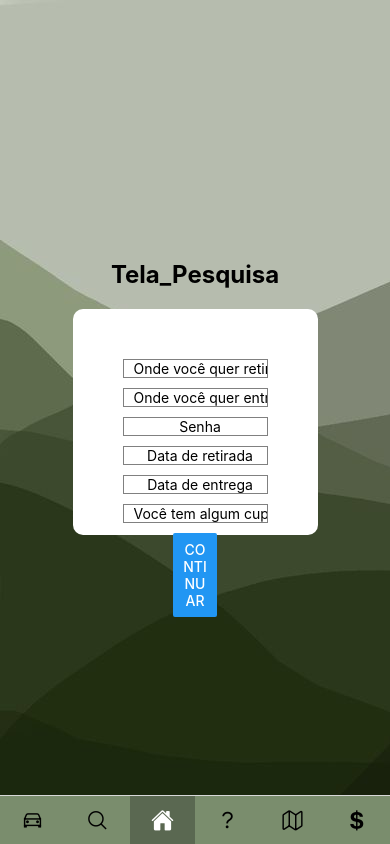
Repository: GabrielAron/EcoWheels
Page: /Home
These files come from the project's save history. The page is drawn as it stood at one moment and after the next save; the edit follows.
The browser window is 390 px wide. The pictures show the whole page.
The app was drawn by React Native's web renderer in a window 390 px wide. The project was rebuilt for these pictures with package versions that can differ from the ones it lists, and the page was loaded fresh each time. Also part of the build but not shown: src/Paginas/Carros/index.js, src/Paginas/Ajuda/index.js, src/Paginas/Mapa/index.js, src/Paginas/Pagamento/pagamento.js.

Above is the page before, as saved 2023-11-24 14:39:31.

### App.js
import React from 'react';
import Routes from './src/Paginas/routes';
import { ReservaProvider } from './src/Paginas/ReservaContext';


function App() {
  return (
    <ReservaProvider>
      <Routes />
    </ReservaProvider>
  );
}

export default App;

### src/Paginas/routes.js
import React from 'react';
import { createBottomTabNavigator } from '@react-navigation/bottom-tabs';
import { NavigationContainer } from '@react-navigation/native';
import { Ionicons } from '@expo/vector-icons';

import Home from './Home';
import Explorar from './Carros';
import Ajuda from './Ajuda';
import Reservas from './Locacoes';
import Recarga from './Mapa';
import Pagamento from './Pagamento/pagamento';

const Tab = createBottomTabNavigator();

export default function Routes() {
  return (
    <NavigationContainer>
      <Tab.Navigator
        tabBarOptions={{
          showLabel: false, // Oculta as etiquetas de texto das guias
          tabBarStyle: {
            position: 'absolute',
            backgroundColor: '#7A8D6D',
            height:700,
          },
          tabStyle: {
            elevation: 0,
          },
          inactiveBackgroundColor: '#7A8D6D',
          activeBackgroundColor: '#5A6851',
        }}
      >
        <Tab.Screen
          name="Reservas"
          component={Reservas}
          options={{
            headerShown: false,
            tabBarIcon: ({ color, size, focused }) => {
              if (focused) {
                return <Ionicons name="md-car" size={23} color="#FFF" />;
              } else {
                return <Ionicons name="md-car-outline" size={23} color="#000000" />;
              }
            },
          }}
        />
        <Tab.Screen
          name="Explorar"
          component={Explorar}
          options={{
            headerShown: false,
            tabBarIcon: ({ color, size, focused }) => {
              if (focused) {
                return <Ionicons name="md-search" size={23} color="#FFF" />;
              } else {
                return <Ionicons name="md-search-outline" size={23} color="#000000" />;
              }
            },
          }}
        />
        <Tab.Screen
          name="Home"
          component={Home}
          options={{
            headerShown: false,
            tabBarIcon: ({ color, size, focused }) => {
              if (focused) {
                return <Ionicons name="md-home" size={23} color="#FFF" />;
              } else {
                return <Ionicons name="md-home-outline" size={23} color="#000000" />;
              }
            },
          }}
        />
        <Tab.Screen
          name="Ajuda"
          component={Ajuda}
          options={{
            headerShown: false,
            tabBarIcon: ({ color, size, focused }) => {
              if (focused) {
                return <Ionicons name="md-help" size={23} color="#FFF" />;
              } else {
                return <Ionicons name="md-help-outline" size={23} color="#000000" />;
              }
            },
          }}
        />
        <Tab.Screen
          name="Recarga"
          component={Recarga}
          options={{
            headerShown: false,
            tabBarIcon: ({ color, size, focused }) => {
              if (focused) {
                return <Ionicons name="md-map" size={23} color="#FFF" />;
              } else {
                return <Ionicons name="md-map-outline" size={23} color="#000000" />;
              }
            },
          }}
        />
         <Tab.Screen
          name="Pagamento"
          component={Pagamento}
          options={{
            headerShown: false,
            tabBarIcon: ({ color, size, focused }) => {
              if (focused) {
                return <Ionicons name="logo-usd" size={23} color="#FFF" />;

              } else {
                return <Ionicons name="logo-usd" size={23} color="#000000" />;
              }
            },
          }}
        />
      </Tab.Navigator>
    </NavigationContainer>
  );
}

### src/Paginas/ReservaContext.js
import React, { createContext, useState } from 'react';

export const ReservaContext = createContext();

export const ReservaProvider = ({ children }) => {
  const [reservas, setReservas] = useState([]);

  return (
    <ReservaContext.Provider value={{ reservas, setReservas }}>
      {children}
    </ReservaContext.Provider>
  );
};

### src/Paginas/Home/index.js
import React from 'react';
import { View, Text, TextInput, Button, StyleSheet, ImageBackground } from 'react-native';
import Fundo from '/imagens/fundoverde.jpg';

export default function App() {
  return (
    <ImageBackground source={Fundo} style={styles.image}>
      <View style={styles.container}>
        <Text style={styles.title}>Tela_Pesquisa</Text>
        <View style={styles.formContainer}>
          <TextInput style={styles.input} placeholder="Onde você quer retirar o carro" />
          <TextInput style={styles.input} placeholder="Onde você quer entregar o carro" />
          <TextInput style={styles.input} placeholder="Senha" secureTextEntry={true} />
          <TextInput style={styles.input} placeholder="Data de retirada" />
          <TextInput style={styles.input} placeholder="Data de entrega" />
          <TextInput style={styles.input} placeholder="Você tem algum cupom de desconto?" />
          <View style={styles.buttonContainer}>
            <Button title="Continuar" onPress={() => {}} />
          </View>
        </View>
      </View>
    </ImageBackground>
  );
}

const styles = StyleSheet.create({
  container: {
    flex: 1,
    justifyContent: 'center',
    padding: 20,
  },
  image: {
    flex: 1,
    resizeMode: 'cover',
    justifyContent: 'center',
  },
  title: {
    fontSize: 24,
    fontWeight: 'bold',
    textAlign: 'center',
    marginBottom: 20,
  },
  input: {
    height: 40,
    borderColor: 'gray',
    borderWidth: 1,
    marginBottom: 10,
    paddingLeft: 10,
    textAlign: 'center',
  },
  formContainer: {
    backgroundColor: 'white',
    borderRadius: 10,
    padding: 50,
    width: '70%',
    height:'30%',
    alignSelf: 'center',
  },
  buttonContainer: {
    width: '30%',
    alignSelf: 'center',
  },
});

### src/Paginas/Locacoes/index.js
import React, { useState, useContext } from 'react';
import { View, Text, ImageBackground, Button, StyleSheet, ScrollView, Modal, Alert } from 'react-native';
import Fundo from '/imagens/fundoverde.jpg';
import { ReservaContext } from '../ReservaContext'; // Atualize o caminho conforme necessário

const Card = ({ id, title, image }) => {
  const [modalVisible, setModalVisible] = useState(false);
  const { reservas, setReservas } = useContext(ReservaContext);
  const [carros, setCarros] = useState([

      { id: 1, title: "QUALIDADE PARA UM CONFORTO E ÓTIMO PASSEIO - Exquisite Cruiser 1.8", image: "https://cdn.leonardo.ai/users/cf8d0bec-5da3-4e6a-aed2-13735b2a6925/generations/a40b4ef5-35ec-4e32-a5ff-cc2ef5e85345/PhotoReal_make_a_background_image_for_a_cell_phone_application_2.jpg?w=512" },
      { id: 2, title: "DESIGN E CONFORTO EM UM - Rider GT 3.0", image: "https://cdn.leonardo.ai/users/cf8d0bec-5da3-4e6a-aed2-13735b2a6925/generations/a40b4ef5-35ec-4e32-a5ff-cc2ef5e85345/PhotoReal_make_a_background_image_for_a_cell_phone_application_3.jpg?w=512" },
      { id: 3, title: "FORÇA PARA DESAFIOS OFF-Road - Viper GT 3.0 ", image: "https://cdn.leonardo.ai/users/cf8d0bec-5da3-4e6a-aed2-13735b2a6925/generations/a0fe3adc-2c2f-4336-bc49-e57599170dd1/PhotoReal_faa_um_hummer_eltrico_novo_andando_por_uma_cidade_3.jpg?w=512" },
      { id: 4, title: "UM CARRO ANTIGO E ESTILOSO PARA OS AMANTES DE CLÁSSICOS - Bentley 1.8", image: "https://cdn.leonardo.ai/users/cf8d0bec-5da3-4e6a-aed2-13735b2a6925/generations/c6457b66-6149-4c4d-8408-99c27071dc1e/PhotoReal_faa_um_carro_eletrico_executivo_andando_por_uma_cida_0.jpg?w=512" },
      { id: 5, title: "UM CARRO VERSÁTIL QUE ATENDE A TODAS AS NECESSIDADES FLEXUS X 1.0", image: "https://cdn.leonardo.ai/users/cf8d0bec-5da3-4e6a-aed2-13735b2a6925/generations/f62f0f84-2ea5-4c9d-a4e3-33ade848f3b2/PhotoReal_make_a_background_image_for_a_cell_phone_application_3.jpg?w=512" },
      { id: 6, title: "UMA OPÇÃO PERFEITA PARA QUEM BUSCA PRATICIDADE E CONFORTO - LUXURY DRIVE 1.6", image: "https://cdn.leonardo.ai/users/cf8d0bec-5da3-4e6a-aed2-13735b2a6925/generations/589507b8-d87b-4a85-b05e-c325ccebd6b6/PhotoReal_make_a_background_image_for_a_cell_phone_application_1.jpg?w=512" },
      { id: 7, title: "UM CARRO ESPORTIVO COM DESEMPENHO DE ALTA POTÊNCIA Vortex GT 5.0", image: "https://fotos-jornaldocarro-estadao.nyc3.cdn.digitaloceanspaces.com/wp-content/uploads/2023/01/13072602/Carro_esportivo.jpg" },
    ]);


  return (
    <View style={styles.card}>
      <ImageBackground source={{ uri: image }} style={styles.image}>
        <View style={styles.content}>
          <Text style={styles.title}>{title}</Text>
          <Button title="Reservar" onPress={() => setModalVisible(true)} />
        </View>
      </ImageBackground>

      <Modal
        animationType="slide"
        transparent={true}
        visible={modalVisible}
        onRequestClose={() => {
          Alert.alert("Modal has been closed.");
          setModalVisible(!modalVisible);
        }}
      >
        <View style={styles.centeredView}>
          <View style={styles.modalView}>
            <Text style={styles.modalText}>Deseja mesmo reservar o carro?</Text>

            <Button
              style={[styles.button, styles.buttonClose]}
              onPress={() => {
                setReservas([...reservas, { id, title, image }]);
                setCarros(carros.filter(carro => carro.id !== id));
                setModalVisible(!modalVisible);
              }}
              title="Sim"
            />
            <Button
              style={[styles.button, styles.buttonCancel]}
              onPress={() => setModalVisible(!modalVisible)}
              title="Não"
            />
          </View>
        </View>
      </Modal>
    </View>
  );
};

export default function Reservas() {
  return (
    <View style={styles.container}>
      <ImageBackground source={Fundo} style={styles.image}>
        <Text style={styles.text}>Carros</Text>
        <View style={styles.cardContainer}>
          <ScrollView showsVerticalScrollIndicator={false}>
            <Card id={1} title="QUALIDADE PARA UM CONFORTO E ÓTIMO PASSEIO - Exquisite Cruiser 1.8" image="https://cdn.leonardo.ai/users/cf8d0bec-5da3-4e6a-aed2-13735b2a6925/generations/a40b4ef5-35ec-4e32-a5ff-cc2ef5e85345/PhotoReal_make_a_background_image_for_a_cell_phone_application_2.jpg?w=512" />
            <Card id={2} title="DESIGN E CONFORTO EM UM - Rider GT 3.0" image="https://cdn.leonardo.ai/users/cf8d0bec-5da3-4e6a-aed2-13735b2a6925/generations/a40b4ef5-35ec-4e32-a5ff-cc2ef5e85345/PhotoReal_make_a_background_image_for_a_cell_phone_application_3.jpg?w=512" />
            <Card id={3} title="FORÇA PARA DESAFIOS OFF-Road - Viper GT 3.0 " image="https://cdn.leonardo.ai/users/cf8d0bec-5da3-4e6a-aed2-13735b2a6925/generations/a0fe3adc-2c2f-4336-bc49-e57599170dd1/PhotoReal_faa_um_hummer_eltrico_novo_andando_por_uma_cidade_3.jpg?w=512" />
            <Card id={4} title="UM CARRO ANTIGO E ESTILOSO PARA OS AMANTES DE CLÁSSICOS - Bentley 1.8" image="https://cdn.leonardo.ai/users/cf8d0bec-5da3-4e6a-aed2-13735b2a6925/generations/c6457b66-6149-4c4d-8408-99c27071dc1e/PhotoReal_faa_um_carro_eletrico_executivo_andando_por_uma_cida_0.jpg?w=512" />
            <Card id={5} title="UM CARRO VERSÁTIL QUE ATENDE A TODAS AS NECESSIDADES FLEXUS X 1.0" image="https://cdn.leonardo.ai/users/cf8d0bec-5da3-4e6a-aed2-13735b2a6925/generations/f62f0f84-2ea5-4c9d-a4e3-33ade848f3b2/PhotoReal_make_a_background_image_for_a_cell_phone_application_3.jpg?w=512" />
            <Card id={6} title="UMA OPÇÃO PERFEITA PARA QUEM BUSCA PRATICIDADE E CONFORTO - LUXURY DRIVE 1.6" image="https://cdn.leonardo.ai/users/cf8d0bec-5da3-4e6a-aed2-13735b2a6925/generations/589507b8-d87b-4a85-b05e-c325ccebd6b6/PhotoReal_make_a_background_image_for_a_cell_phone_application_1.jpg?w=512" />
            <Card id={7} title="UM CARRO ESPORTIVO COM DESEMPENHO DE ALTA POTÊNCIA Vortex GT 5.0" image="https://fotos-jornaldocarro-estadao.nyc3.cdn.digitaloceanspaces.com/wp-content/uploads/2023/01/13072602/Carro_esportivo.jpg" />
          </ScrollView>
        </View>
      </ImageBackground>
    </View>
  );
}


const styles = StyleSheet.create({
  container: {
    flex: 1,
  },
  image: {
    flex: 1,
    resizeMode: 'cover',
    justifyContent: 'center',
  },
  text: {
    color: '#fffbff',
    fontSize: 36,
    position: 'absolute',
    top: 50,
    left: 0,
    right: 0,
    fontWeight: 'bold',
    textAlign: 'center',
  },
  cardContainer: {
    flex: 1,
    alignItems: 'center',
    justifyContent: 'center',
    paddingTop: 200,
    paddingLeft: 75,
  },
  card: {
    width: '90%',
    height: 200,
    marginBottom: 45,
    borderRadius: 10,
    overflow: 'hidden',
  },
  image: {
    flex: 1,
    resizeMode: 'cover',
    justifyContent: 'center',
  },
  content: {
    padding: 10,
    alignItems: 'center',
    justifyContent: 'center',
  },
  title: {
    fontSize: 16,
    fontWeight: 'bold',
    color: '#fffbff',
  },
  overlay: {
    ...StyleSheet.absoluteFillObject,
    backgroundColor: 'rgba(128, 128, 128, 0.5)',
  },
  centeredView: {
    flex: 1,
    justifyContent: "center",
    alignItems: "center",
    marginTop: 22
  },
  modalView: {
    margin: 20,
    backgroundColor: "white",
    borderRadius: 20,
    padding: 35,
    alignItems: "center",
    shadowColor: "#000",
    shadowOffset: {
      width: 0,
      height: 2
    },
    shadowOpacity: 0.25,
    shadowRadius: 4,
    elevation: 5
  },
  button: {
    borderRadius: 20,
    padding: 10,
    elevation: 2
  },
  buttonClose: {
    backgroundColor: "#2196F3",
  },
  buttonCancel: {
    backgroundColor: "#f00",
  },
  modalText: {
    marginBottom: 15,
    textAlign: "center"
  }
});

After the next save:
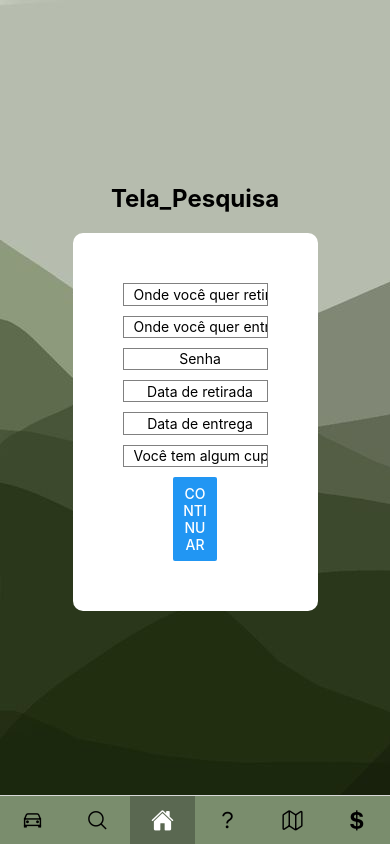
Saved 6 s later.
--- a/src/Paginas/Home/index.js
+++ b/src/Paginas/Home/index.js
@@ -53,7 +53,7 @@ const styles = StyleSheet.create({
     borderRadius: 10,
     padding: 50,
     width: '70%',
-    height:'30%',
+    height:'50%',
     alignSelf: 'center',
   },
   buttonContainer: {
